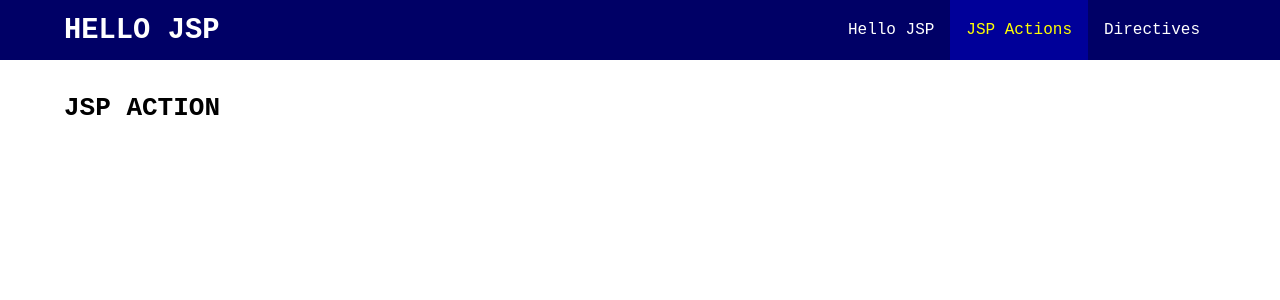
Repository: aungmyattthu/javaWeb
Page: http://localhost/HelloJsp/actions.jsp?forward=1
An editor plug-in stored every save of this project. The page is shown before and after the next save, followed by the edit.
The browser window is 1280 px wide. The pictures show the whole page.
The page is served by Tomcat 9.

Above is the page before, as saved 2023-04-21 17:15:26.

After the next save:
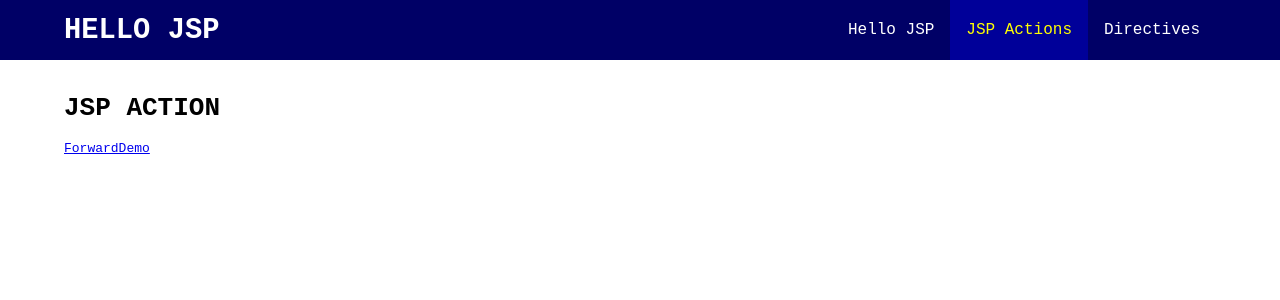
Saved 3 min 19 s later.
--- a/HelloJsp/src/main/webapp/actions.jsp
+++ b/HelloJsp/src/main/webapp/actions.jsp
@@ -13,6 +13,8 @@
 	</jsp:include>
 	<main>
 		<h1>JSP ACTION</h1>
+
+		<a href="actions.jsp?forward=1">ForwardDemo</a>
 	</main>
 </body>
 </html>
